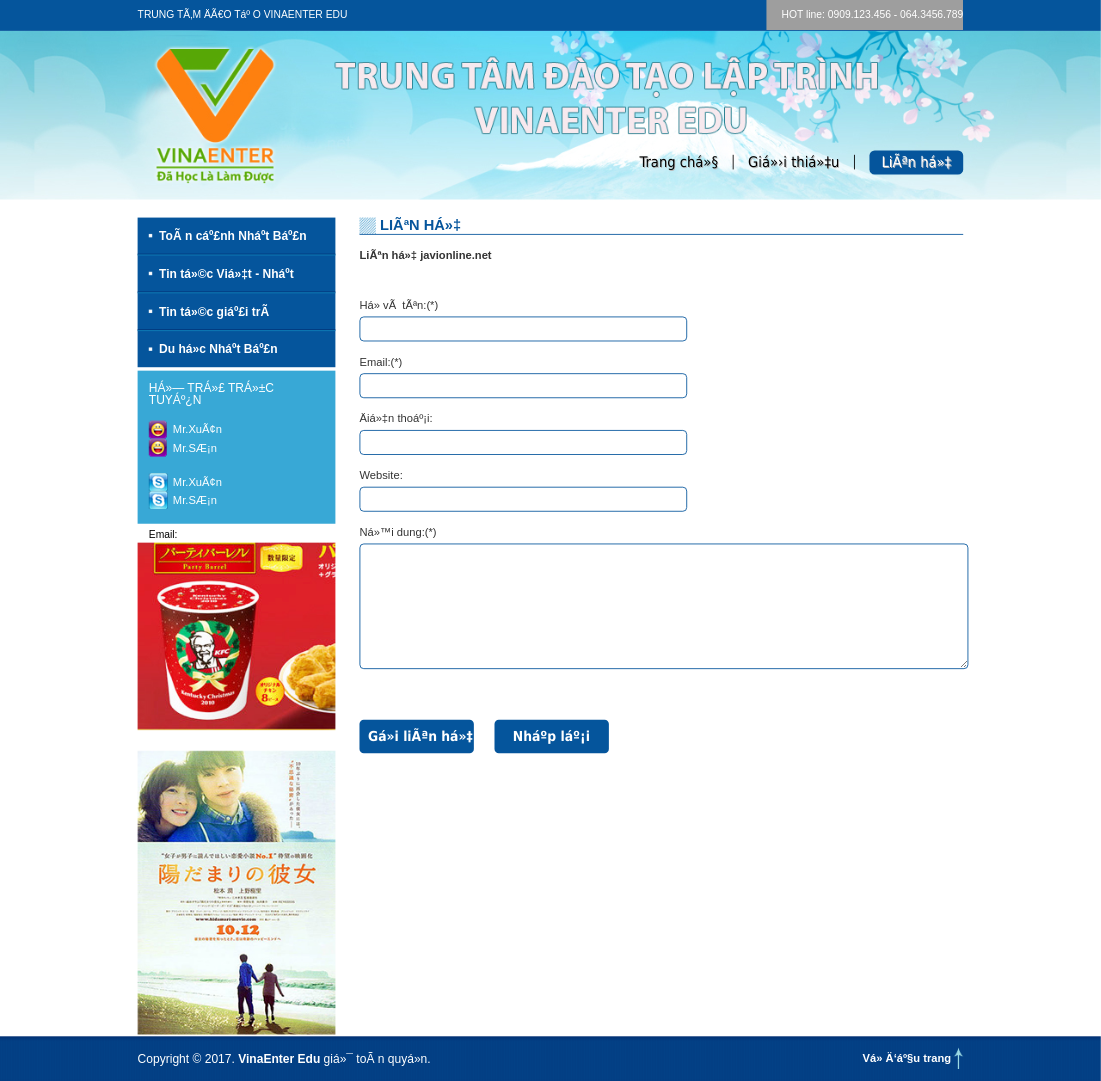
Repository: leducnam1805/JSP-SERVLET
Page: http://localhost/baiTap1/views/BT3/lienhe.jsp
An editor plug-in stored every save of this project. The page is shown before and after the next save, followed by the edit.
The browser window is 1280 px wide. The pictures show the whole page, at 86% of full size.
Pictures or frames that could not be fetched are drawn as grey boxes. Some web libraries are served in a nearby version. The page is served by Tomcat 9.

Above is the page before, as saved 2020-06-24 06:30:11.

After the next save:
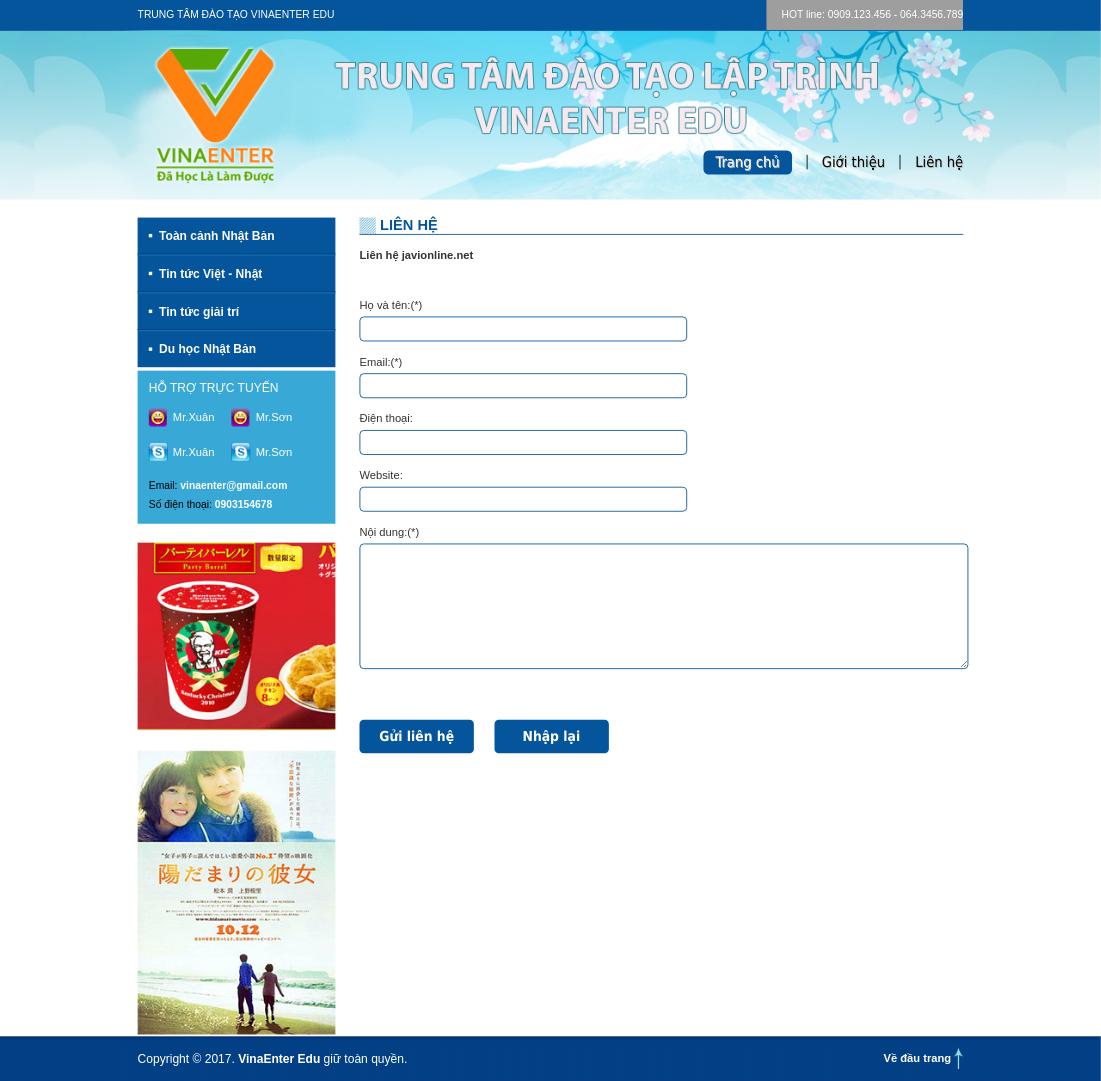
Saved 39 s later.
--- a/loiGiai/baiTap1/WebContent/views/BT3/lienhe.jsp
+++ b/loiGiai/baiTap1/WebContent/views/BT3/lienhe.jsp
@@ -1,46 +1,6 @@
-<!DOCTYPE html PUBLIC "-//W3C//DTD XHTML 1.0 Strict//EN" "http://www.w3.org/TR/xhtml1/DTD/xhtml1-strict.dtd">
-<html xmlns="http://www.w3.org/1999/xhtml">
-<head>
-<title>VinaEnter Edu - Web tin tức</title>
-<script src="http://code.jquery.com/jquery-1.10.1.min.js"></script>
-<meta http-equiv="Content-Type" content="text/html; charset=UTF-8" />
-<meta name="robots" content="index, follow" />
-<meta name="keywords"
-	content="tin tuc viet nhat, tin tức việt nhật, tin nhật bản, tin nhat ban" />
-<meta name="description"
-	content="Tin tức Việt - Nhật, cập nhật liên tục hằng ngày" />
-<link href="styles.css" type="text/css" rel="stylesheet" />
-
-</head>
-<body>
-	<a name="totop"></a>
-	<div class="wrapper">
-		<div id="top-nav">
-			<div class="main-content">
-				<p class="fl">
-					<a href="/lien-he/" title="">TRUNG TÂM ĐÀO TẠO VINAENTER
-						EDU</a>
-				</p>
-				<p class="fr mail-icon">
-					<a href="" title="">HOT line: 0909.123.456 - 064.3456.789</a>
-				</p>
-				<div class="clr"></div>
-			</div>
-		</div>
-
-		<div id="top-menu">
-			<div class="main-content">
-				<ul>
-					<li class="parent"><a href="index.html">Trang chủ</a></li>
-					<li class="parent"><a href="gioithieu.html">Giới thiệu</a></li>
-					<li class="parent current"><a href="lienhe.html">Liên
-							hệ</a></li>
-				</ul>
-				<div class="clr"></div>
-				<div class="clr"></div>
-			</div>
-		</div>
-
+<%@ page language="java" contentType="text/html; charset=UTF-8"
+	pageEncoding="UTF-8"%>
+<%@include file="/views/BT3/inc/header.jsp"%>
 		<div id="main-body">
 			<div class="main-content">
 				<div class="body-left fl">
